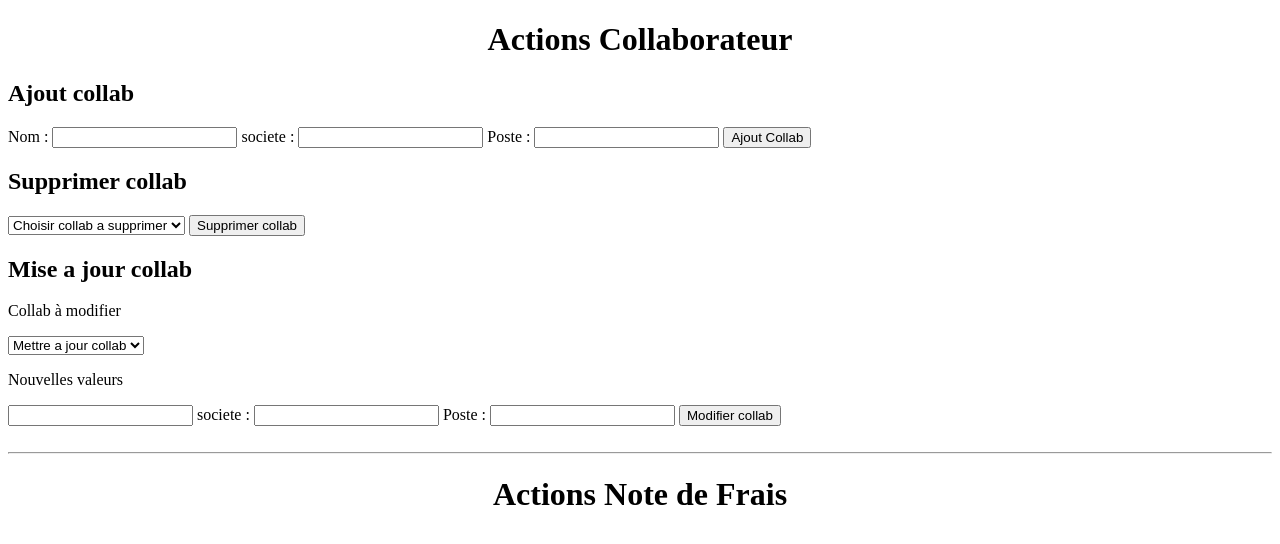
Repository: Shakibaei-2020/CRA_JEE_FINAL
Page: http://localhost/jee_crainfocom/WEB-INF/accueil.jsp
These files come from the project's save history. The page is drawn as it stood at one moment and after the next save; the edit follows.
The browser window is 1280 px wide. The pictures show the whole page.
The page is served by Tomcat 9. Nobody is signed in. Other server files are loaded and not shown. The template is opened directly, without the code that normally fills it, so the values that code supplies are empty.

Above is the page before, as saved 2021-03-25 14:17:51.

### CRA_JEE_FINAL/CRA_JEE_FINAL/jee_crainfocom/src/main/webapp/WEB-INF/accueil.jsp
<%@ page pageEncoding="UTF-8" %>
<%@ taglib uri="http://java.sun.com/jsp/jstl/core" prefix="c" %>
<!DOCTYPE html>
<html>
<head>
<meta charset="ISO-8859-1">
<title>Insert title here</title>
</head>
<body>
<center><h1>Actions Collaborateur</h1></center>

<h2>Ajout collab</h2>
 <form method="post" action="accueil">
            <label for="nomColl">Nom : </label>
            <input type="text" name="nomColl" id="nomColl" />

            <label for="societeColl">societe : </label>
            <input type="text" name="societeColl" id="societeColl" />

            <label for="posteColl">Poste : </label>
            <input type="text" name="posteColl" id="posteColl" />

            <input type="submit" value="Ajout Collab" />
        </form>

<c:if test="${ !empty nomColl }"><p><c:out value="Bonjour, vous vous appelez ${ nomColl } vous etes ${ posteColl }  chez ${ societeColl } " /></p></c:if>


 <h2>Supprimer collab</h2>

<form method="post" action="">
	<select name="pets" id="pet-select">
    	<option value="">Choisir collab a supprimer</option>
    	<option value="dog">Collab</option>
	</select>
<input type="submit" value="Supprimer collab" />
</form>


 <h2>Mise a jour collab</h2>
 <form method="post" action="">
 <p>Collab à modifier</p>
	<select name="pets" id="pet-select">
    	<option value="">Mettre a jour collab</option>
    	<option value="dog">Collab</option>
	</select>
	<p>Nouvelles valeurs</p>
	   <input type="text" name="nomColl" id="nomColl" />

            <label for="societeColl">societe : </label>
            <input type="text" name="societeColl" id="societeColl" />

            <label for="posteColl">Poste : </label>
            <input type="text" name="posteColl" id="posteColl" />


<input type="submit" value="Modifier collab" />
</form>
<br>
<hr>

        <center><h1>Actions Note de Frais</h1></center>







</body>
</html>

After the next save:
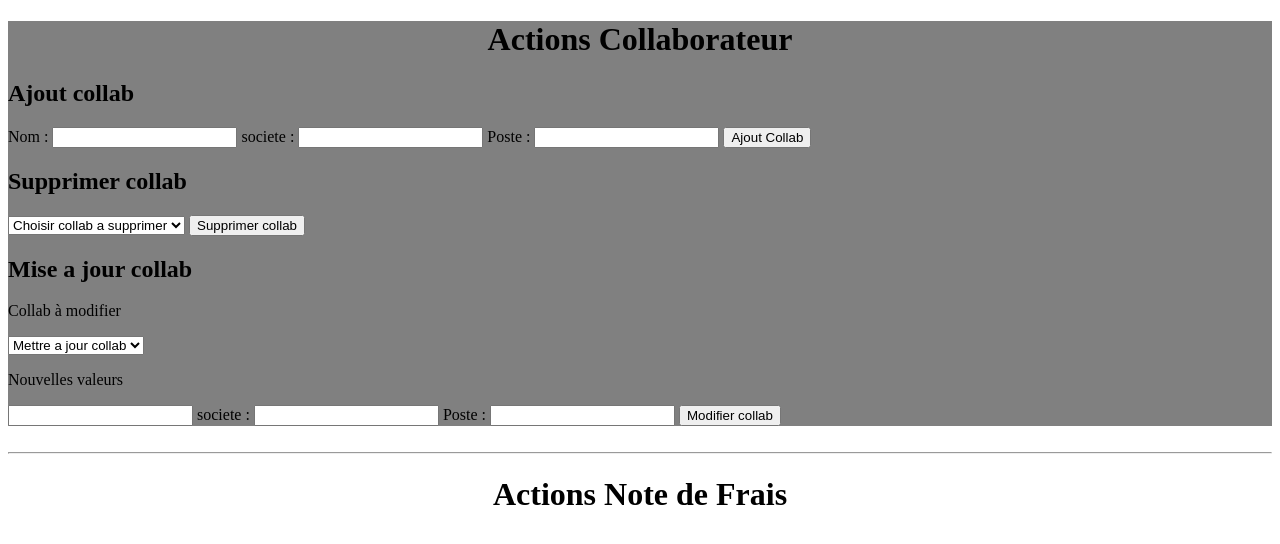
Saved 37 s later.
--- a/CRA_JEE_FINAL/CRA_JEE_FINAL/jee_crainfocom/src/main/webapp/WEB-INF/accueil.jsp
+++ b/CRA_JEE_FINAL/CRA_JEE_FINAL/jee_crainfocom/src/main/webapp/WEB-INF/accueil.jsp
@@ -7,6 +7,7 @@
 <title>Insert title here</title>
 </head>
 <body>
+<div style="background-color:grey">
 <center><h1>Actions Collaborateur</h1></center>
 
 <h2>Ajout collab</h2>
@@ -56,6 +57,8 @@
 
 <input type="submit" value="Modifier collab" />
 </form>
+</div>
+
 <br>
 <hr>
 
